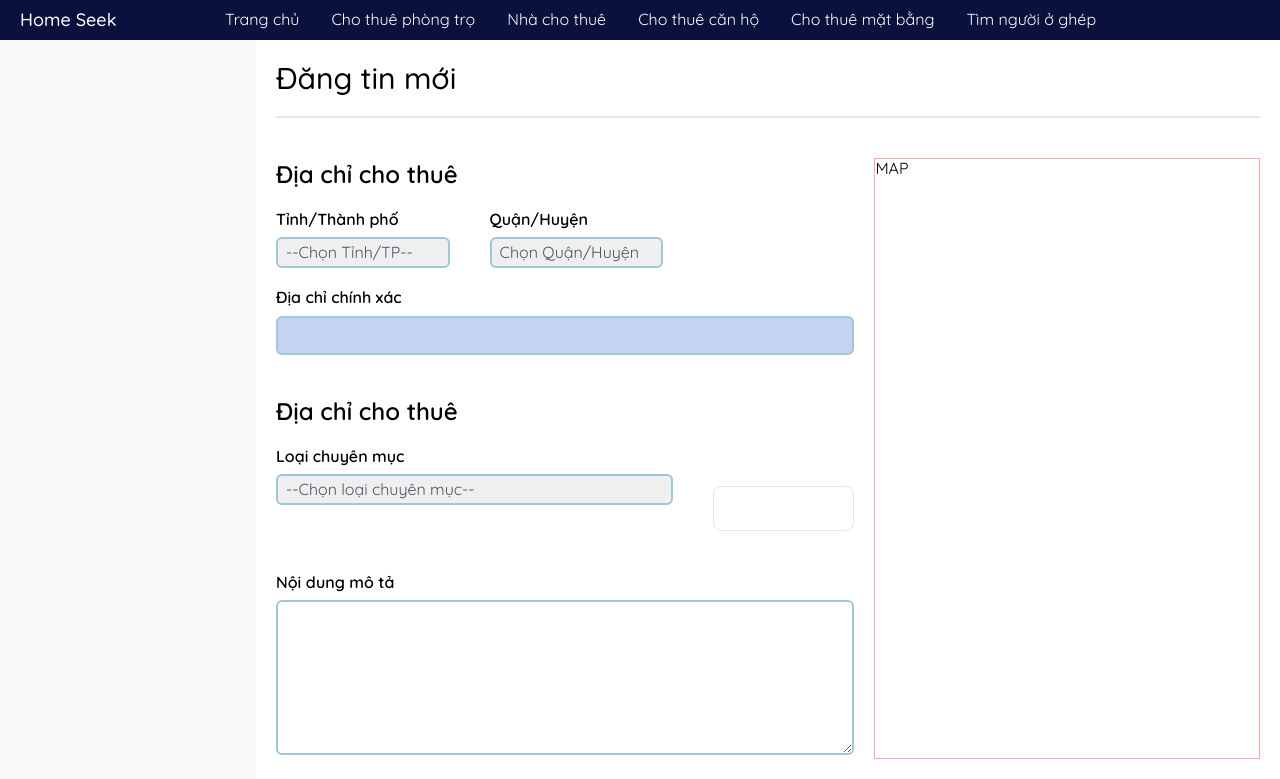
Repository: ajincome26/homeseek
Page: /create (app in client/)
An editor plug-in stored every save of this project. The page is shown before and after the next save, followed by the edit.
The browser window is 1280 px wide. The pictures show the whole page.
The page's requests for data from a server got no answer. The project was rebuilt for these pictures with package versions that can differ from the ones it lists, and the page was loaded fresh each time. Some packages were replaced by stand-ins written for this rebuild. No one was signed in, and anything a server would have sent is missing. Also part of the build but not shown: client/vite.config.ts, client/src/components/Footer/Footer.tsx, client/src/components/Button/Button.tsx, client/src/components/Button/index.ts, client/src/utils/utils.tsx, client/src/components/MainHeader/components/User.tsx, client/src/components/Popover/Popover.tsx, client/src/components/Popover/index.ts and 16 more.

Above is the page before, as saved 2024-01-10 04:38:39.

### client/index.html
<!doctype html>
<html lang="en">
  <head>
    <meta charset="UTF-8" />
    <link rel="icon" type="image/svg+xml" href="/vite.svg" />
    <meta name="viewport" content="width=device-width, initial-scale=1.0" />
    <title>Home Seek</title>
    <link rel="preconnect" href="https://fonts.googleapis.com" />
    <link rel="preconnect" href="https://fonts.gstatic.com" crossorigin />
    <link
      href="https://fonts.googleapis.com/css2?family=Quicksand:wght@300;400;500;600;700&display=swap"
      rel="stylesheet"
    />
  </head>
  <body>
    <div id="root"></div>
    <script type="module" src="/src/main.tsx"></script>
  </body>
</html>

### client/src/main.tsx
import ReactDOM from 'react-dom/client'
import App from './App'
import './styles/index.scss'
import { BrowserRouter } from 'react-router-dom'
import { QueryClient, QueryClientProvider } from '@tanstack/react-query'
import { ReactQueryDevtools } from '@tanstack/react-query-devtools'
import { AuthProvider } from './contexts/auth.context'
import { ErrorBoundary } from './components/ErrorBoundary'

// Create a client
const queryClient = new QueryClient({
  defaultOptions: {
    queries: {
      refetchOnWindowFocus: false // disable việc fetch lại api khi focus tab window
    }
  }
})

ReactDOM.createRoot(document.getElementById('root')!).render(
  <BrowserRouter>
    <QueryClientProvider client={queryClient}>
      <AuthProvider>
        <ErrorBoundary>
          <App />
        </ErrorBoundary>
      </AuthProvider>
      <ReactQueryDevtools initialIsOpen={false} />
    </QueryClientProvider>
  </BrowserRouter>
)

### client/src/App.tsx
import { useEffect } from 'react'
import { useAuth } from './contexts/auth.context'
import useRoute from './useRoute'
import { LocalStorageEventTarget } from './utils/auth'
import { ToastContainer } from 'react-toastify'
import 'react-toastify/dist/ReactToastify.css'

function App() {
  const routeElements = useRoute()
  const { resetAuth } = useAuth()
  useEffect(() => {
    LocalStorageEventTarget.addEventListener('clearLS', () => {
      resetAuth()
    })
    return () => {
      LocalStorageEventTarget.removeEventListener('clearLS', () => {
        resetAuth()
      })
    }
  }, [resetAuth])
  return (
    <div className='bg-third'>
      <ToastContainer />
      <div>{routeElements}</div>
    </div>
  )
}

export default App

### client/src/styles/index.scss
@tailwind base;
@tailwind components;
@tailwind utilities;

@import 'reset';

body {
  font-family: 'Quicksand', sans-serif;
  font-size: 16px;
  line-height: 1.2;
}

select {
  -webkit-appearance: none;
  -moz-appearance: none;
  appearance: none;
}

::-webkit-scrollbar {
  width: 10px;
}
::-webkit-scrollbar-track {
  background-color: #fafafa;
}
::-webkit-scrollbar-thumb {
  background-color: #ccd0d7;
  border-radius: 50px;
}

/* Chrome, Safari, Edge, Opera */
input::-webkit-outer-spin-button,
input::-webkit-inner-spin-button {
  -webkit-appearance: none;
  margin: 0;
}
/* Firefox */
input[type='number'] {
  appearance: textfield;
}

.cr-truncate-1 {
  overflow: hidden;
  display: -webkit-box;
  -webkit-box-orient: vertical;
  -webkit-line-clamp: 1;
  text-overflow: ellipsis;
  word-break: break-word;
}

// class tailwind-sort
.cr-transition {
  @apply transition-all ease-linear duration-200;
}
.cr-hover-text {
  @apply hover:text-[#977616] transition-colors ease-linear duration-200 cursor-pointer;
}
.cr-input-text {
  @apply px-3 py-2 border-[2px] border-[#a0c7d6] outline-none rounded-md focus:border-[#4b5fc2] cr-transition box-border w-full;
}

### client/src/contexts/auth.context.tsx
import React, { createContext, useContext, useState } from 'react'
import { User } from '~/types/user.type'
import { getAccessToken, getUserInfoFromStorage } from '~/utils/auth'

interface AuthProviderType {
  isLoggedIn: boolean
  setIsLoggedIn: React.Dispatch<React.SetStateAction<boolean>>
  userInfo: User | null
  setUserInfo: React.Dispatch<React.SetStateAction<User | null>>
  resetAuth: () => void
}
const initialContext: AuthProviderType = {
  isLoggedIn: Boolean(getAccessToken()),
  setIsLoggedIn: () => null,
  userInfo: getUserInfoFromStorage(),
  setUserInfo: () => null,
  resetAuth: () => null
}

const AuthContext = createContext<AuthProviderType>(initialContext)
const useAuth = () => {
  const context = useContext(AuthContext)
  if (typeof context === 'undefined') throw new Error('useAuth must be used within a AuthContext')
  return context
}
const AuthProvider = ({ children }: { children: React.ReactNode }) => {
  const [isLoggedIn, setIsLoggedIn] = useState(initialContext.isLoggedIn)
  const [userInfo, setUserInfo] = useState(initialContext.userInfo)
  const resetAuth = () => {
    setIsLoggedIn(false)
    setUserInfo(null)
  }
  return (
    <AuthContext.Provider value={{ isLoggedIn, setIsLoggedIn, userInfo, setUserInfo, resetAuth }}>
      {children}
    </AuthContext.Provider>
  )
}

// eslint-disable-next-line react-refresh/only-export-components
export { useAuth, AuthProvider }

### client/src/components/ErrorBoundary/index.ts
export { default as ErrorBoundary } from './ErrorBoundary'

### client/src/useRoute.tsx
import { useRoutes } from 'react-router-dom'
import { path } from './constants/path'
import { MainLayout } from './layouts/MainLayout'
import ManageLayout from './layouts/ManageLayout/ManageLayout'
import { CreatePost } from './pages/CreatePostPage'
import { HomePage } from './pages/HomePage'
import { LoginPage } from './pages/LoginPage'
import { RegisterPage } from './pages/RegisterPage'

const { HOME, LOGIN, REGISTER, OAUTH, CREATE } = path

const useRoute = () => {
  return useRoutes([
    {
      path: LOGIN,
      element: <LoginPage />
    },
    {
      path: REGISTER,
      element: <RegisterPage />
    },
    {
      path: OAUTH,
      element: <LoginPage />
    },
    {
      path: OAUTH,
      element: <RegisterPage />
    },
    // Authen không ảnh hưởng
    {
      element: <ManageLayout />,
      children: [
        {
          index: true,
          path: CREATE,
          element: <CreatePost />
        }
      ]
    },
    {
      element: <MainLayout />,
      children: [
        {
          index: true,
          path: HOME,
          element: <HomePage />
        }
      ]
    }
  ])
}

export default useRoute

### client/src/utils/auth.ts
import { User } from '~/types/user.type'

export const LocalStorageEventTarget = new EventTarget()

export const getAccessToken = () => localStorage.getItem('accessToken') || ''
export const getRefreshToken = () => localStorage.getItem('refreshToken') || ''
export const setAccessToken = (accessToken: string) => localStorage.setItem('accessToken', accessToken)
export const setRefreshToken = (refreshToken: string) => localStorage.setItem('refreshToken', refreshToken)
export const getUserInfoFromStorage = () => {
  const info = localStorage.getItem('userInfo')
  return info ? JSON.parse(info) : null
}
export const setUserInfoToStorage = (userInfo: User) => localStorage.setItem('userInfo', JSON.stringify(userInfo))

export const clearLocalStorage = () => {
  localStorage.removeItem('accessToken')
  localStorage.removeItem('refreshToken')
  localStorage.removeItem('userInfo')
  const clearLSEvent = new Event('clearLS')
  LocalStorageEventTarget.dispatchEvent(clearLSEvent)
}

### client/src/styles/_reset.scss
*,
*::before,
*::after {
  box-sizing: border-box;
}
* {
  margin: 0;
  padding: 0;
}

html,
body {
  height: 100%;
}
body {
  line-height: 1.5;
  -webkit-font-smoothing: antialiased;
  -webkit-tap-highlight-color: rgba(0, 0, 0, 0);
}
a {
  text-decoration: none;
  color: inherit;
}
img,
picture,
video,
canvas,
svg {
  display: block;
  // max-width: 100%;
}
input,
button,
textarea,
select {
  font: inherit;
  outline: none;
}
option:checked {
  background-color: #0891b2;
  color: white;
  font-style: italic;
}
p,
h1,
h2,
h3,
h4,
h5,
h6 {
  overflow-wrap: break-word;
}

### client/src/constants/path.ts
export const path = {
  HOME: '/',
  LOGIN: '/login',
  OAUTH: '/login/oauth',
  REGISTER: '/register',
  LOGOUT: '/logout',

  ROOM_FOR_RENT: '/room-for-rent',
  HOUSE_FOR_RENT: '/house-for-rent',
  APARTMENT_FOR_RENT: '/apartment-for-rent',
  GROUND_FOR_RENT: '/ground-for-rent',
  FIND_A_ROOMATE: '/find-a-roomate',

  CREATE: '/create',
  MANAGE: '/manage',
  PROFILE: '/user/profile',
  CHANGE_PASSWORD: '/user/change-password',

  CONTACT: '/contact',

  NOT_FOUND: '*'
}

### client/src/layouts/MainLayout/index.ts
export { default as MainLayout } from './MainLayout'

### client/src/layouts/ManageLayout/ManageLayout.tsx
import { Outlet } from 'react-router-dom'
import { Sidebar } from '~/components/Sidebar'
import { SubHeader } from '~/components/SubHeader'

const ManageLayout = () => {
  return (
    <>
      <SubHeader />
      <div className='pt-[40px] flex'>
        <div className='min-h-[calc(100vh-40px)] basis-1/5'>
          <Sidebar />
        </div>
        <div className='bg-white basis-4/5'>
          <Outlet />
        </div>
      </div>
    </>
  )
}

export default ManageLayout

### client/src/pages/CreatePostPage/index.ts
export { default as CreatePost } from './CreatePost'

### client/src/pages/HomePage/index.ts
export { default as HomePage } from './HomePage'

### client/src/pages/LoginPage/index.ts
export { default as LoginPage } from './LoginPage'

### client/src/pages/RegisterPage/index.ts
export { default as RegisterPage } from './RegisterPage'

### client/src/components/Sidebar/index.ts
export { default as Sidebar } from './Sidebar'

### client/src/components/SubHeader/index.ts
export { default as SubHeader } from './SubHeader'

### client/src/pages/CreatePostPage/CreatePost.tsx
import { yupResolver } from '@hookform/resolvers/yup'
import { useForm } from 'react-hook-form'
import { postSchema, PostSchema } from '~/utils/schema'
import Address from './components/Address'
import Overview from './components/Overview'

export type FormPost = PostSchema

const CreatePost = () => {
  const { handleSubmit } = useForm<FormPost>({
    resolver: yupResolver(postSchema)
  })
  const handleCreatePost = (data: FormPost) => {}
  return (
    <div className='p-5 text-black'>
      <h2 className='w-full pb-5 text-3xl font-medium border-b-2'>Đăng tin mới</h2>
      <div className='flex gap-5 mt-10'>
        <form onSubmit={handleSubmit(handleCreatePost)} className='flex flex-col gap-10 basis-[60%]'>
          <Address />
          <Overview />
        </form>
        <div className='border border-red-300 map basis-[40%]'>MAP</div>
      </div>
    </div>
  )
}

export default CreatePost

### client/src/components/SubHeader/SubHeader.tsx
import { Link } from 'react-router-dom'
import { SubNavigation } from '../SubNavigation'

const SubHeader = () => {
  return (
    <div className='fixed w-full h-[40px] bg-primary text-white flex items-center gap-12 px-5'>
      <Link to={'/'} className='text-lg font-medium cursor-pointer hover:text-sixth cr-transition'>
        Home Seek
      </Link>
      <div className='w-[80%]'>
        <SubNavigation />
      </div>
    </div>
  )
}

export default SubHeader

### client/src/pages/CreatePostPage/components/Overview.tsx
import { yupResolver } from '@hookform/resolvers/yup'
import { useState } from 'react'
import { Field } from '~/components/Field'
import { Input } from '~/components/Input'
import { Select } from '~/components/Select'
import { categories } from '~/constants/data'
import { useForm } from 'react-hook-form'
import { postSchema, PostSchema } from '~/utils/schema'
import { Label } from '~/components/Label'

export type FormCreatePost = PostSchema

const Overview = () => {
  const [category, setCategory] = useState('')
  const {
    register,
    handleSubmit,
    setError,
    formState: { errors }
  } = useForm<FormCreatePost>({
    resolver: yupResolver(postSchema)
  })
  return (
    <div>
      <h1 className='mb-5 text-2xl font-semibold'>Địa chỉ cho thuê</h1>
      <div className='flex gap-10 mb-5'>
        <Select
          type='category'
          label='Loại chuyên mục'
          optionTitle='--Chọn loại chuyên mục--'
          categories={categories as []}
          value={category}
          setValue={setCategory}
        />
        <Field>
          <Label htmlFor='title'>Tiêu đề</Label>
          <Input register={register} name='title' errorMessage={errors.title?.message} />
        </Field>
      </div>
      <div>
        <label htmlFor='desc' className='font-semibold'>
          Nội dung mô tả
        </label>
        <textarea
          id='desc'
          className='mt-2 cr-input-text'
          rows={7}
          // value={payload.description}
          // onChange={(e) => setPayload((prev) => ({ ...prev, description: e.target.value }))}
          // onFocus={() => setInvalidFields([])}
        />
      </div>
    </div>
  )
}

export default Overview

### client/src/components/Field/index.ts
export { default as Field } from './Field'

### client/src/components/Input/index.ts
export { default as Input } from './Input'
export { default as InputPassword } from './InputPassword'
export { default as InputSearch } from './InputSearch'
export { default as InputNumber } from './InputNumber'
export { default as InputFile } from './InputFile'
export { default as InputReadOnly } from './InputReadOnly'

### client/src/components/Label/index.ts
export { default as Label } from './Label'

### client/src/utils/icons.ts
import { BiSolidShoppingBags, BiLogoFacebookCircle, BiPlus } from 'react-icons/bi'
import {
  AiFillInstagram,
  AiFillTwitterCircle,
  AiOutlineEye,
  AiOutlineEyeInvisible,
  AiOutlineShoppingCart,
  AiFillStar,
  AiOutlineStar,
  AiFillCaretRight,
  AiOutlineQuestionCircle,
  AiFillHeart,
  AiOutlineHeart,
  AiOutlinePlusCircle
} from 'react-icons/ai'
import { TbWorld, TbUserCircle, TbBrandMessenger } from 'react-icons/tb'
import { PiCaretDownBold, PiCaretUpBold, PiCaretLeftBold, PiCaretRightBold } from 'react-icons/pi'
import { HiOutlineSearch, HiOutlineLogout } from 'react-icons/hi'
import { BsListUl, BsThreeDots, BsShieldLock, BsPencilSquare } from 'react-icons/bs'
import { LiaFilterSolid } from 'react-icons/lia'
import { RiSubtractLine, RiTodoLine } from 'react-icons/ri'
import { FaCartPlus } from 'react-icons/fa'
import { CiEdit } from 'react-icons/ci'
import { FaRegUser, FaUserEdit } from 'react-icons/fa'
import { SiSensu } from 'react-icons/si'
import { FcGoogle } from 'react-icons/fc'
import { MdOutlineDashboard, MdOutlineLibraryBooks } from 'react-icons/md'

export default {
  AiFillInstagram,
  AiFillTwitterCircle,
  AiOutlineEye,
  AiOutlineEyeInvisible,
  AiOutlineShoppingCart,
  AiFillStar,
  AiOutlineStar,
  AiFillCaretRight,
  AiOutlineQuestionCircle,
  AiFillHeart,
  AiOutlineHeart,
  AiOutlinePlusCircle,
  BiSolidShoppingBags,
  BiLogoFacebookCircle,
  PiCaretDownBold,
  PiCaretUpBold,
  PiCaretLeftBold,
  PiCaretRightBold,
  TbWorld,
  TbUserCircle,
  TbBrandMessenger,
  HiOutlineSearch,
  HiOutlineLogout,
  BsListUl,
  BsThreeDots,
  BsShieldLock,
  BsPencilSquare,
  LiaFilterSolid,
  BiPlus,
  RiSubtractLine,
  RiTodoLine,
  FaCartPlus,
  FaUserEdit,
  CiEdit,
  FaRegUser,
  SiSensu,
  FcGoogle,
  MdOutlineDashboard,
  MdOutlineLibraryBooks
}

### client/src/constants/data.tsx
import { path } from './path'
import icons from '~/utils/icons'
import { CategoryType } from '~/types/category.type'

const { BsPencilSquare, MdOutlineLibraryBooks, TbUserCircle, FaUserEdit, TbBrandMessenger } = icons

const {
  ROOM_FOR_RENT,
  HOUSE_FOR_RENT,
  APARTMENT_FOR_RENT,
  GROUND_FOR_RENT,
  FIND_A_ROOMATE,
  CREATE,
  MANAGE,
  PROFILE,
  CONTACT
} = path

export const categories = [
  { id: 1, name: 'Cho thuê phòng trọ', path: ROOM_FOR_RENT },
  { id: 2, name: 'Nhà cho thuê', path: HOUSE_FOR_RENT },
  { id: 3, name: 'Cho thuê căn hộ', path: APARTMENT_FOR_RENT },
  { id: 4, name: 'Cho thuê mặt bằng', path: GROUND_FOR_RENT },
  { id: 5, name: 'Tìm người ở ghép', path: FIND_A_ROOMATE }
] as CategoryType[]

export const dataManage = [
  {
    id: 1,
    text: 'Đăng tin cho thuê',
    path: CREATE,
    icon: <BsPencilSquare />
  },
  {
    id: 2,
    text: 'Quản lý tin đăng',
    path: MANAGE,
    icon: <MdOutlineLibraryBooks />
  },
  {
    id: 3,
    text: 'Thông tin tài khoản',
    path: PROFILE,
    icon: <TbUserCircle />
  }
]

export const dataSidebar = [
  {
    id: 1,
    text: 'Đăng tin cho thuê',
    path: CREATE,
    icon: <BsPencilSquare />
  },
  {
    id: 2,
    text: 'Quản lý tin đăng',
    path: MANAGE,
    icon: <MdOutlineLibraryBooks />
  },
  {
    id: 3,
    text: 'Sửa thông tin cá nhân',
    path: PROFILE,
    icon: <FaUserEdit />
  },
  {
    id: 4,
    text: 'Liên hệ',
    path: CONTACT,
    icon: <TbBrandMessenger />
  }
]

### client/src/components/SubNavigation/index.ts
export { default as SubNavigation } from './SubNavigation'

### client/src/apis/province.api.ts
import { Province } from '~/types/province.type'
import { apiGetPublicProvinces } from '~/utils/utils'

const provinceApi = {
  getProvinces: () => apiGetPublicProvinces.get<Province[]>('/')
}

export default provinceApi

### client/src/components/Select/index.ts
export { default as Select } from './Select'

### client/src/components/Field/Field.tsx
interface Props {
  children: JSX.Element | JSX.Element[]
}

const Field = ({ children }: Props) => {
  return <div className='flex flex-col items-start'>{children}</div>
}

export default Field

### client/src/components/Input/Input.tsx
import { InputHTMLAttributes } from 'react'
import type { FieldValues, FieldPath, UseFormRegister } from 'react-hook-form'

export interface InputProps<TFieldValues extends FieldValues> extends InputHTMLAttributes<HTMLInputElement> {
  name: FieldPath<TFieldValues>
  errorMessage?: string
  register: UseFormRegister<TFieldValues>
}

const Input = <TFieldValues extends FieldValues = FieldValues>({
  className,
  type,
  name,
  children,
  errorMessage,
  register,
  ...props
}: InputProps<TFieldValues>) => {
  return (
    <div className='relative w-full'>
      <input
        id={name}
        type={type || 'text'}
        {...register(name)}
        {...props}
        className={`${className} mb-[6px] border rounded-lg py-3 bg-grayField hover:border-primary focus:border-primary transition w-full focus:bg-white ${
          children ? 'pl-4 pr-10' : 'px-4'
        }`}
        autoComplete='on'
      />
      <span className='absolute top-1/2 right-3 translate-y-[-110%] cursor-pointer text-grayDark'>{children}</span>
      <div className='text-sm text-red-500 min-h-[1rem] leading-4'>{errorMessage}</div>
    </div>
  )
}

export default Input

### client/src/components/Input/InputReadOnly.tsx
import { InputHTMLAttributes } from 'react'

export interface InputProps extends InputHTMLAttributes<HTMLInputElement> {
  title: string
  data: string
}

const InputReadOnly = ({ title, data }: InputProps) => {
  return (
    <div className='w-full'>
      <label className='font-semibold' htmlFor={title}>
        {title}
      </label>
      <input type='text' id={title} value={data || ''} className='mt-2 cr-input-text bg-[#c5d3f1]' readOnly />
    </div>
  )
}

export default InputReadOnly

### client/src/components/Label/Label.tsx
interface Props {
  htmlFor: string
  children: string
}

const Label = ({ htmlFor, children }: Props) => {
  return (
    <label className='mt-2 mb-3 font-semibold text-white cursor-pointer' htmlFor={htmlFor}>
      {children}
    </label>
  )
}

export default Label

### client/src/components/SubNavigation/SubNavigation.tsx
import { NavLink } from 'react-router-dom'
import { categories } from '~/constants/data'

const notActive = 'hover:bg-secondary px-4 h-full flex items-center bg-primary transition-all ease-linear duration-300'
const active = 'hover:bg-secondary px-4 h-full flex items-center bg-secondary'
const SubNavigation = () => {
  return (
    <div className='w-full h-[40px] flex justify-center items-center'>
      <div className='flex items-center h-full'>
        <NavLink to={'/'} className={({ isActive }) => (isActive ? active : notActive)}>
          Trang chủ
        </NavLink>
        {categories?.length > 0 &&
          categories.map((item, index) => {
            return (
              <div key={index} className='h-full'>
                <NavLink to={item.path} className={({ isActive }) => (isActive ? active : notActive)}>
                  {item.name}
                </NavLink>
              </div>
            )
          })}
      </div>
    </div>
  )
}

export default SubNavigation

### client/src/components/Select/Select.tsx
import classNames from 'classnames'
import { InputHTMLAttributes } from 'react'
import { CategoryType } from '~/types/category.type'
import { District, Province } from '~/types/province.type'

export interface SelectProps extends InputHTMLAttributes<HTMLInputElement> {
  type: string
  provinces?: Province[]
  districts?: District[]
  categories?: []
  value: string
  setValue: React.Dispatch<React.SetStateAction<string>>
  label: string
  optionTitle: string
}

const Select = ({ type, provinces, districts, categories, value, setValue, label, optionTitle }: SelectProps) => {
  return (
    <div className={`flex flex-col gap-2 ${type === 'category' ? 'w-full' : 'basis-[30%]'}`}>
      <label htmlFor='address-select' className='font-semibold'>
        {label}
      </label>
      <select
        className={classNames(
          'px-2 py-1 text-gray-600 border-[2px] border-[#a0c7d6] rounded-md outline-none cursor-pointer hover:border-[#4b5fc2] cr-transition'
        )}
        value={value}
        onChange={(e) => setValue(e.target.value)} // value của select là value của option (ở đây là province_id)
      >
        <option value=''>{optionTitle}</option>
        {type === 'province'
          ? provinces?.map((item) => (
              <option key={item.province_id} value={item.province_id} className='bg-white text-primary'>
                {item.province_name}
              </option>
            ))
          : type === 'district'
            ? districts?.map((item) => (
                <option key={item.district_id} value={item.district_id} className='bg-white text-primary'>
                  {item.district_name}
                </option>
              ))
            : categories?.map((item: CategoryType) => (
                <option key={item.id} value={item.name} className='bg-white text-primary'>
                  {item.name}
                </option>
              ))}
      </select>
    </div>
  )
}

export default Select

Loaded but not shown: client/tailwind.config.js (37 lines, source omitted); client/src/utils/schema.ts (64 lines, source omitted); client/src/pages/CreatePostPage/components/Address.tsx (67 lines, source omitted)

After the next save:
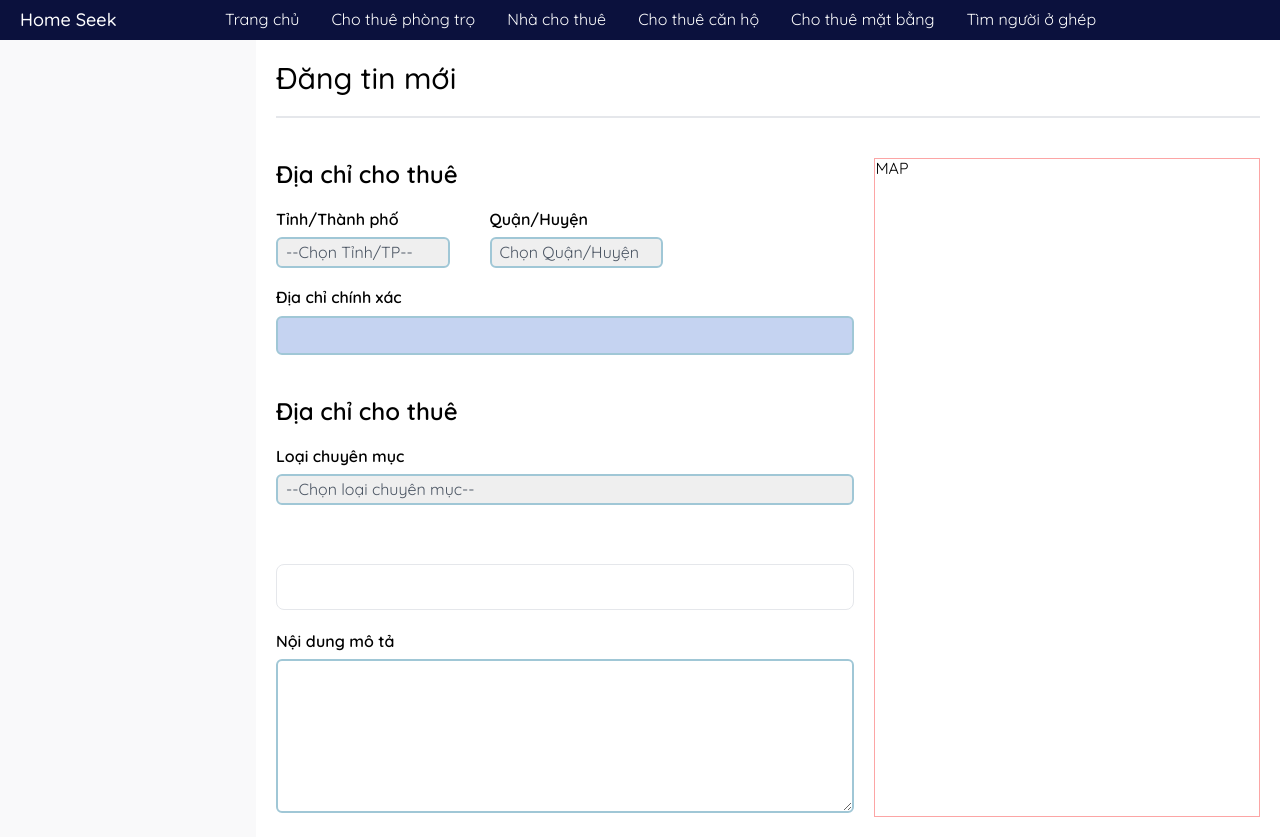
Saved 57 s later.
--- a/client/src/pages/CreatePostPage/components/Overview.tsx
+++ b/client/src/pages/CreatePostPage/components/Overview.tsx
@@ -32,11 +32,11 @@ const Overview = () => {
           value={category}
           setValue={setCategory}
         />
-        <Field>
-          <Label htmlFor='title'>Tiêu đề</Label>
-          <Input register={register} name='title' errorMessage={errors.title?.message} />
-        </Field>
       </div>
+      <Field>
+        <Label htmlFor='title'>Tiêu đề</Label>
+        <Input register={register} name='title' errorMessage={errors.title?.message} />
+      </Field>
       <div>
         <label htmlFor='desc' className='font-semibold'>
           Nội dung mô tả
